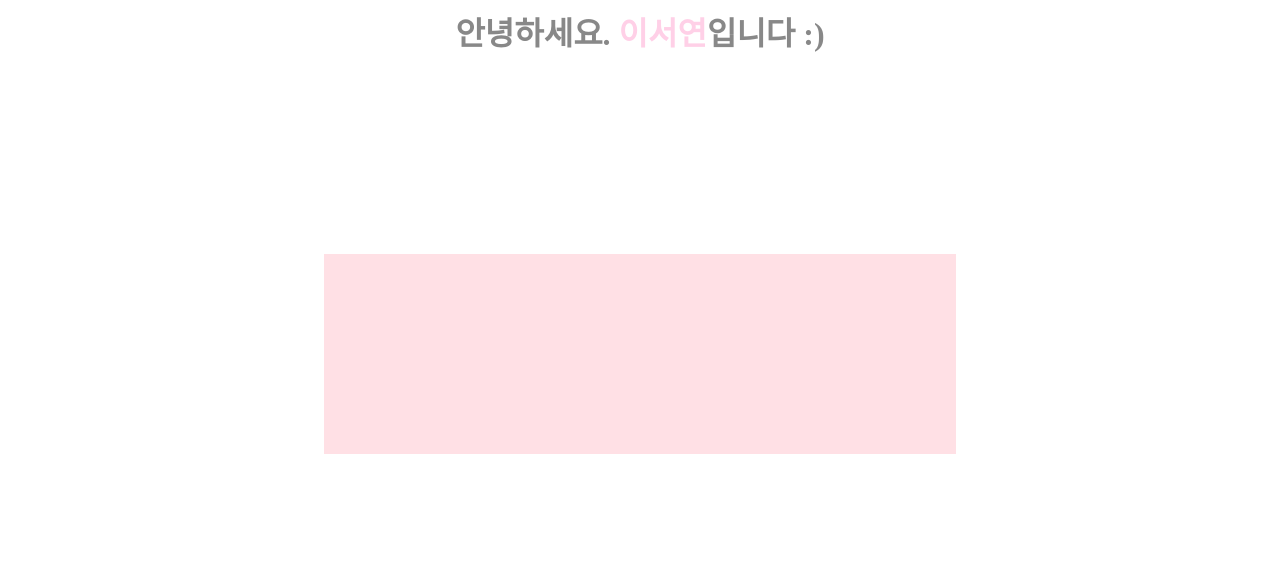
Repository: seoyeon0619/WebProgramming
Page: http://localhost/myhome1/자기소개.jsp
These files come from the project's save history. The page is drawn as it stood at one moment and after the next save; the edit follows.
The browser window is 1280 px wide. The pictures show the whole page.
Some web fonts or font styles are not loaded; a fallback is used. The page is served by Tomcat 9.

Above is the page before, as saved 2022-12-29 08:37:22.

After the next save:
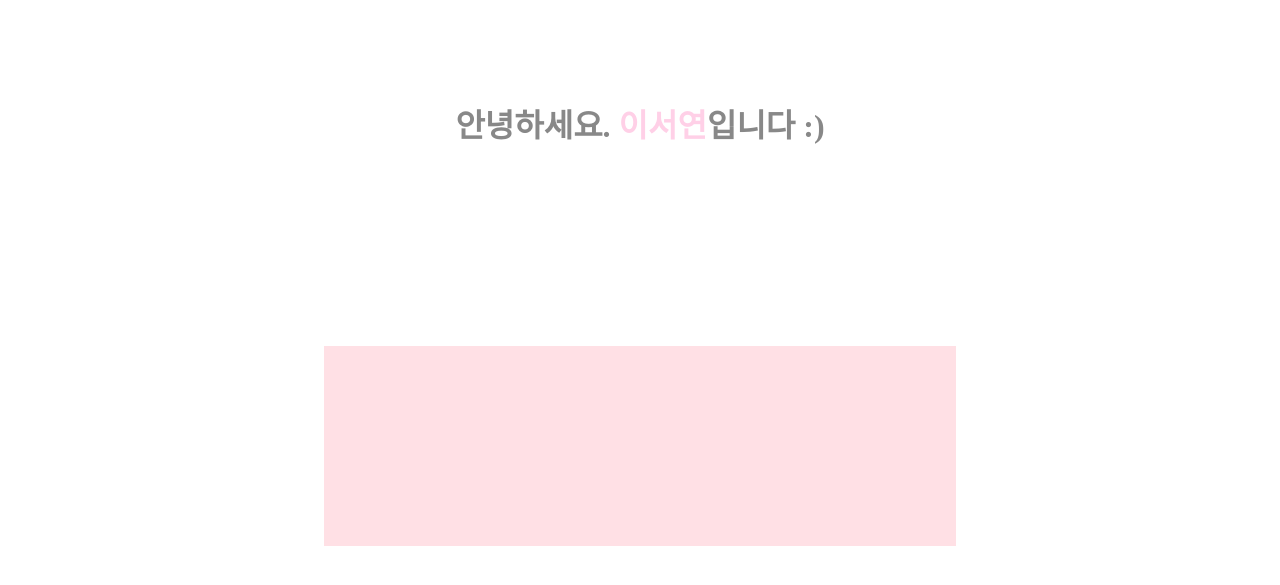
Saved 13 s later.
--- a/workspace1/myhome1/src/main/webapp/자기소개.jsp
+++ b/workspace1/myhome1/src/main/webapp/자기소개.jsp
@@ -29,8 +29,7 @@
         }
 
         h1{
-        margin-top : auto;
-        margin-bottom : auto;
+        margin-top : 100px;
         }
 
 
